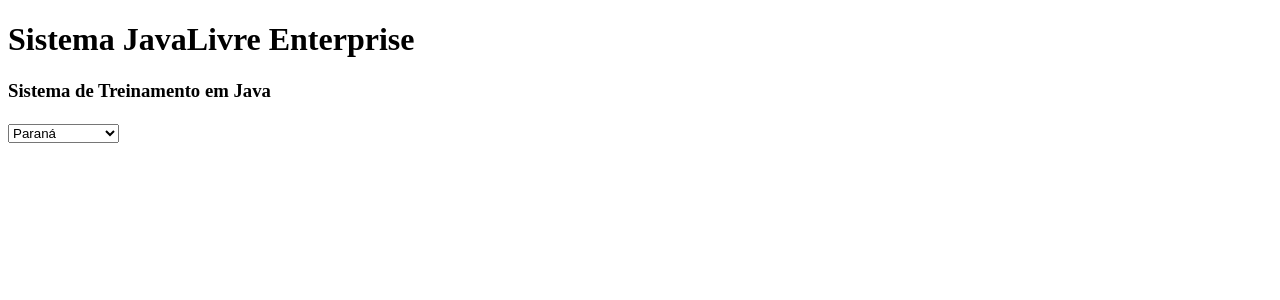
Repository: marciojv/treina-java
Page: workspace/JavaLivre/src/html/login.html
The author's editor kept a copy of each file at every save. The page is drawn from the files as they stood at one save, then again after the next save.
The browser window is 1280 px wide. The pictures show the whole page.

Above is the page before, as saved 2017-06-10 12:49:11.

### workspace/JavaLivre/src/html/login.html
<!DOCTYPE html>
<html>
<head>
<meta charset="UTF-8">
<title>Login</title>
</head>
<body>
<h1>Sistema JavaLivre Enterprise</h1>
<h3>Sistema de Treinamento em Java<h3>

<select>
  <option value="PR">Paraná</option>
  <option value="SC">Santa Catarina</option>
  <option value="SP">São Paulo</option>
</select>

</body>
</html>

After the next save:
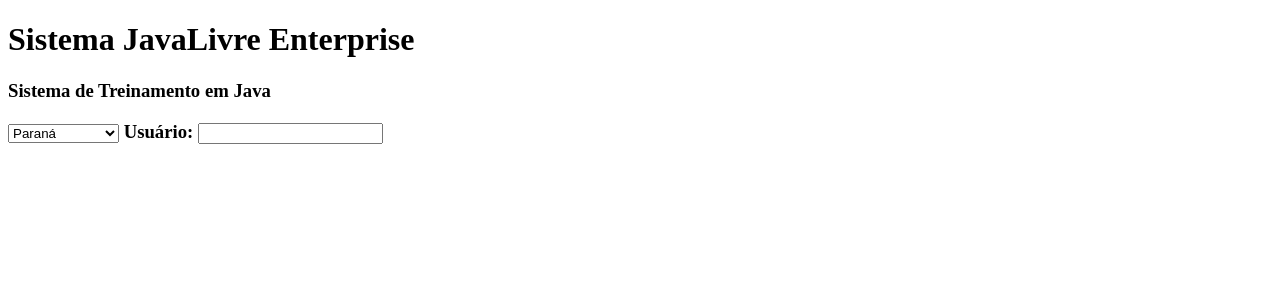
Saved 6 min 56 s later.
--- a/workspace/JavaLivre/src/html/login.html
+++ b/workspace/JavaLivre/src/html/login.html
@@ -14,5 +14,9 @@
   <option value="SP">São Paulo</option>
 </select>
 
+ Usuário: <input type="text" name="login"><br>
+
+
+
 </body>
 </html>
